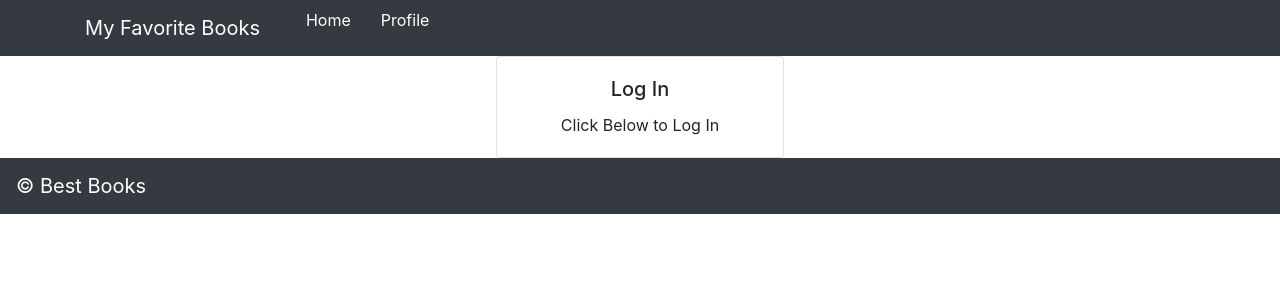
Repository: phmurphy212/can-of-books-frontend
Page: /
The author's editor kept a copy of each file at every save. The page is drawn from the files as they stood at one save, then again after the next save.
The browser window is 1280 px wide. The pictures show the whole page.
The project was rebuilt for these pictures with package versions that can differ from the ones it lists, and the page was loaded fresh each time. Also part of the build but not shown: src/LogoutButton.js, src/IsLoadingAndError.js, src/Profile.js, src/Books.css, src/Books.js, src/BookFormModal.js, src/BestBooks.css, src/BestBooks.js.

Above is the page before, as saved 2021-08-22 16:10:05.

### src/index.js
import React from 'react';
import ReactDOM from 'react-dom';
import App from './App';
import { Auth0Provider } from "@auth0/auth0-react";
import 'bootstrap/dist/css/bootstrap.min.css';

// DONE: wrap everything in Auth0
ReactDOM.render(
  <React.StrictMode>
    <Auth0Provider
      domain="dev-6r5dp3cc.us.auth0.com"
      clientId="GXZS49tyFyupKmOfceB74dezjPwuGtEF"
      redirectUri= 'http://localhost:3000'
    >
      <App />
    </Auth0Provider>
  </React.StrictMode>,
  document.getElementById('root')
);

### src/App.js
import React from 'react';
import Header from './Header';
import IsLoadingAndError from './IsLoadingAndError';
import Profile from './Profile';
import Login from './Login';
import 'bootstrap/dist/css/bootstrap.min.css';
import './App.css';

import Footer from './Footer';
import BestBooks from './BestBooks';



import { withAuth0 } from '@auth0/auth0-react';

import {
  BrowserRouter as Router,
  Switch,
  Route
} from "react-router-dom";

class App extends React.Component {
  constructor(props) {
    super(props);
    this.state = {
      books: [],
    }
  }

  render() {
    const { user, isAuthenticated, isLoading } = this.props.auth0;

    if (isLoading) {
      return (
        <h3> Still Loading</h3>
      );
    } else {
      return (
        <>
          <Router>
            <IsLoadingAndError>
              <Header isAuthenticated={
                isAuthenticated
              } />
              <Switch>
                <Route exact path="/">
                  {isAuthenticated ? <BestBooks /> : <Login />}
                </Route>
                <Route exact path="/profile">
                  {isAuthenticated ? <Profile /> : <Login />}
                </Route>
              </Switch>
            </IsLoadingAndError>
          </Router>
          <Footer />
        </>
      )
    }
  }
}

export default withAuth0(App);

### src/Header.js
import React from 'react';
import 'bootstrap/dist/css/bootstrap.min.css';
import Navbar from 'react-bootstrap/Navbar';
import Col from 'react-bootstrap/Col';
import Row from 'react-bootstrap/Row';
import Container from 'react-bootstrap/Container';
import { Link } from "react-router-dom";
import './Header.css';
import LogoutButton from './LogoutButton';
// import LoginButton from './LoginButton';

class Header extends React.Component {

  render() {
    return (
      <Navbar collapseOnSelect expand="lg" bg="dark" variant="dark">
        <Container>
          <Row>
            <Col>
              <Navbar.Brand>My Favorite Books</Navbar.Brand>
            </Col>
            <Col>
              <Link to="/">Home</Link>
            </Col>
            <Col>
              <Link to="/profile">Profile</Link>
            </Col>

            {this.props.isAuthenticated ?
              <Col>
                <LogoutButton />
              </Col> : ''}
          </Row>
        </Container>
      </Navbar>

    );
  }
}

export default Header;

Loaded but not shown: public/index.html (common file); src/Login.js (common file); src/App.css (common file); src/Footer.js (common file); src/Header.css (common file); src/Login.css (common file)

After the next save:
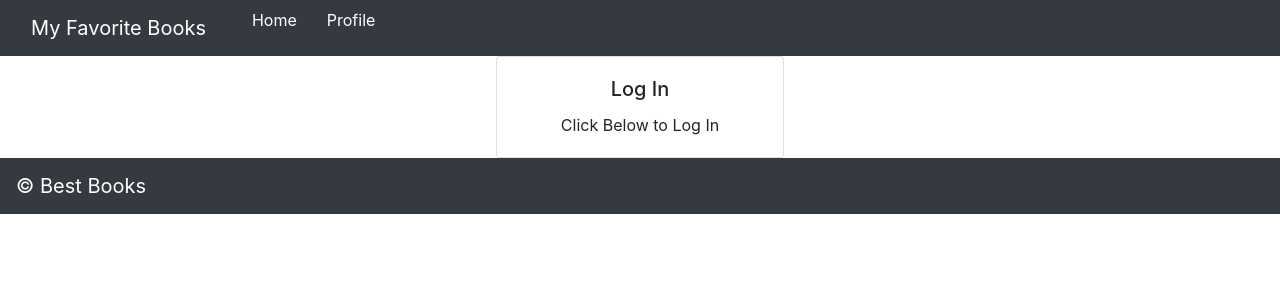
Saved 15 s later.
--- a/src/Header.js
+++ b/src/Header.js
@@ -14,7 +14,7 @@ class Header extends React.Component {
   render() {
     return (
       <Navbar collapseOnSelect expand="lg" bg="dark" variant="dark">
-        <Container>
+        <Container fluid>
           <Row>
             <Col>
               <Navbar.Brand>My Favorite Books</Navbar.Brand>
